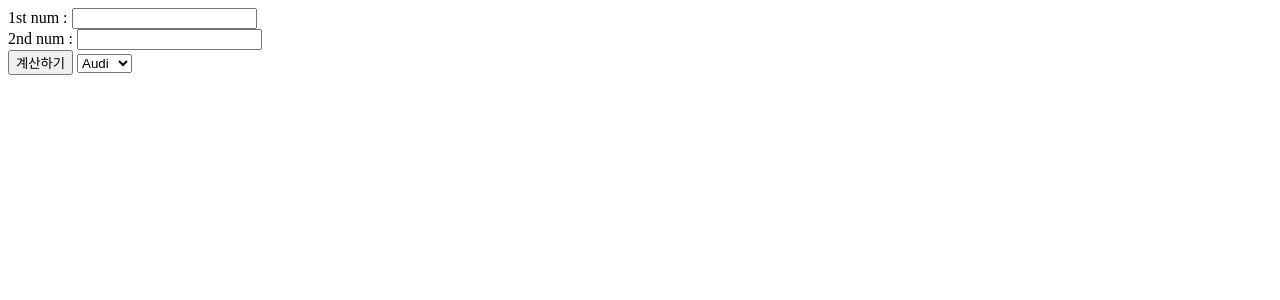
Repository: chuni90/bigdata
Page: http://localhost/tutorial_02/add_3.jsp
These files come from the project's save history. The page is drawn as it stood at one moment and after the next save; the edit follows.
The browser window is 1280 px wide. The pictures show the whole page.
The page is served by Tomcat 9.

Above is the page before, as saved 2019-09-23 07:45:11.

### 2. Java DB/Oracle/tutorial_02/WebContent/add_3.jsp
<%@ page language="java" contentType="text/html; charset=UTF-8"
    pageEncoding="UTF-8"%>


<!DOCTYPE html PUBLIC "-//W3C//DTD HTML 4.01 Transitional//EN" "http://www.w3.org/TR/html4/loose.dtd">
<html>
	<head>
		<meta http-equiv="Content-Type" content="text/html; charset=UTF-8">
		<title>Insert title here</title>
	</head>
	<body>
		<form action = "add_pro.jsp" method = "post"> <!-- method의 default는 get 방식이며, post로 할 경우 URL에서 쿼리가 안 보임-->
			1st num : <input name = "num1" type = "text"/><br>
			2nd num : <input name = "num2" type = "text"/><br>

			<input type = "submit" value = "계산하기"/>

			<select name="cars">
			    <option value="volvo">Volvo</option>
			    <option value="saab">Saab</option>
			    <option value="fiat">Fiat</option>
			    <option value="audi" selected>Audi</option>
		  	</select>

		</form>

	</body>
</html>

After the next save:
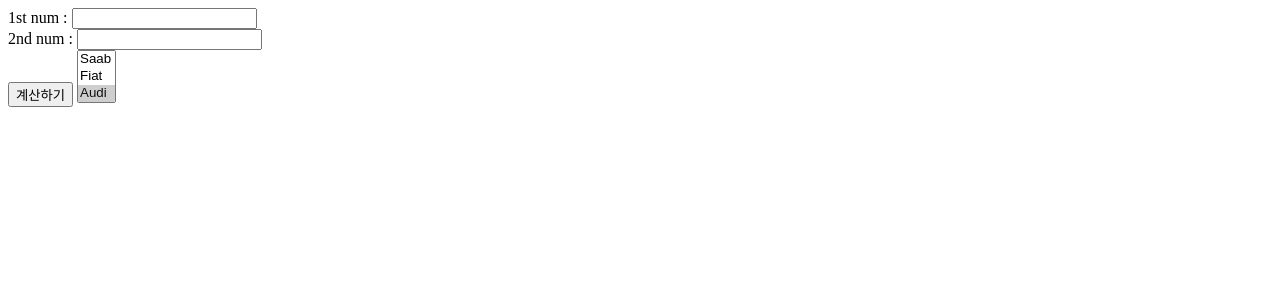
Saved 46 s later.
--- a/2. Java DB/Oracle/tutorial_02/WebContent/add_3.jsp
+++ b/2. Java DB/Oracle/tutorial_02/WebContent/add_3.jsp
@@ -15,7 +15,7 @@
 
 			<input type = "submit" value = "계산하기"/>
 
-			<select name="cars">
+			<select name="cars" size="3">
 			    <option value="volvo">Volvo</option>
 			    <option value="saab">Saab</option>
 			    <option value="fiat">Fiat</option>
